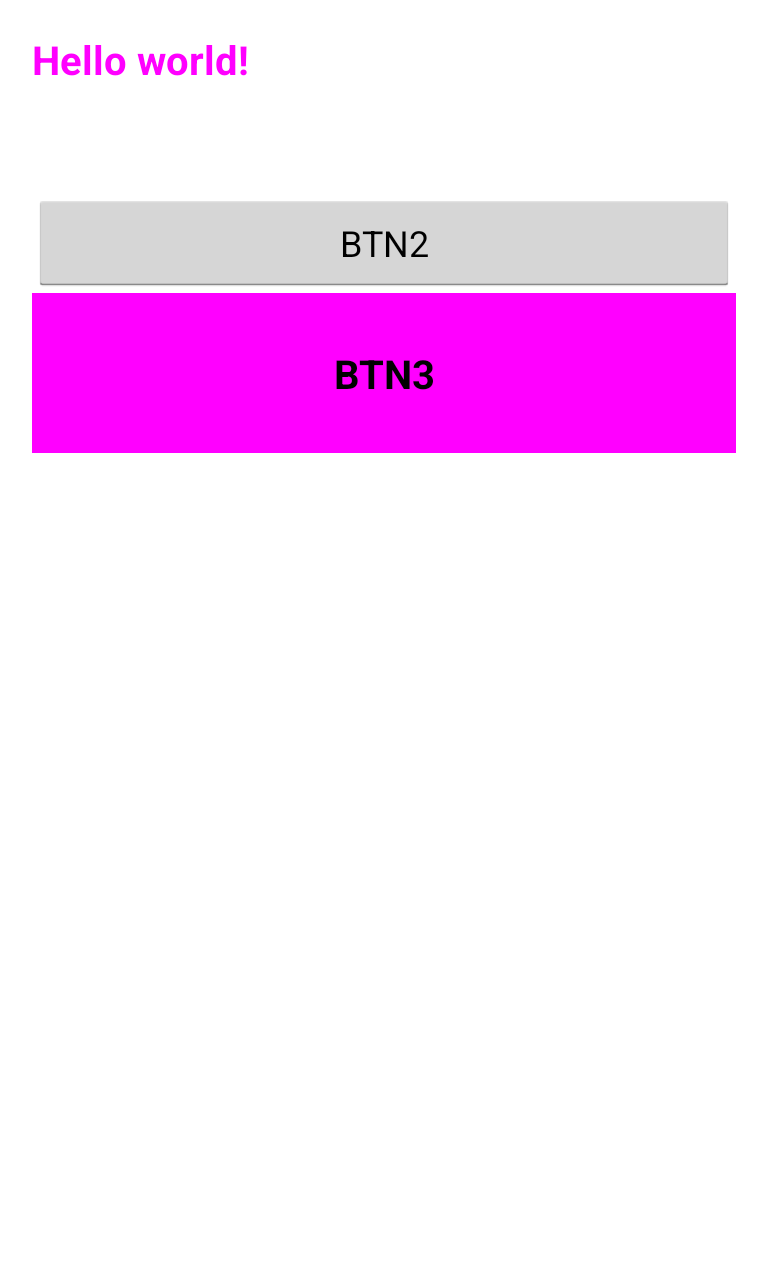
Repository: leehan0617/android
Layout: ex02/res/layout/activity_main.xml
An editor plug-in stored every save of this project. The layout is shown before and after the next save, followed by the edit.
It is drawn on a 768 x 1280 px phone screen (xhdpi) without system bars, with theme AppTheme; the app's code is not run.

Above is the layout before, as saved 2015-07-27 03:58:14.

After the next save:
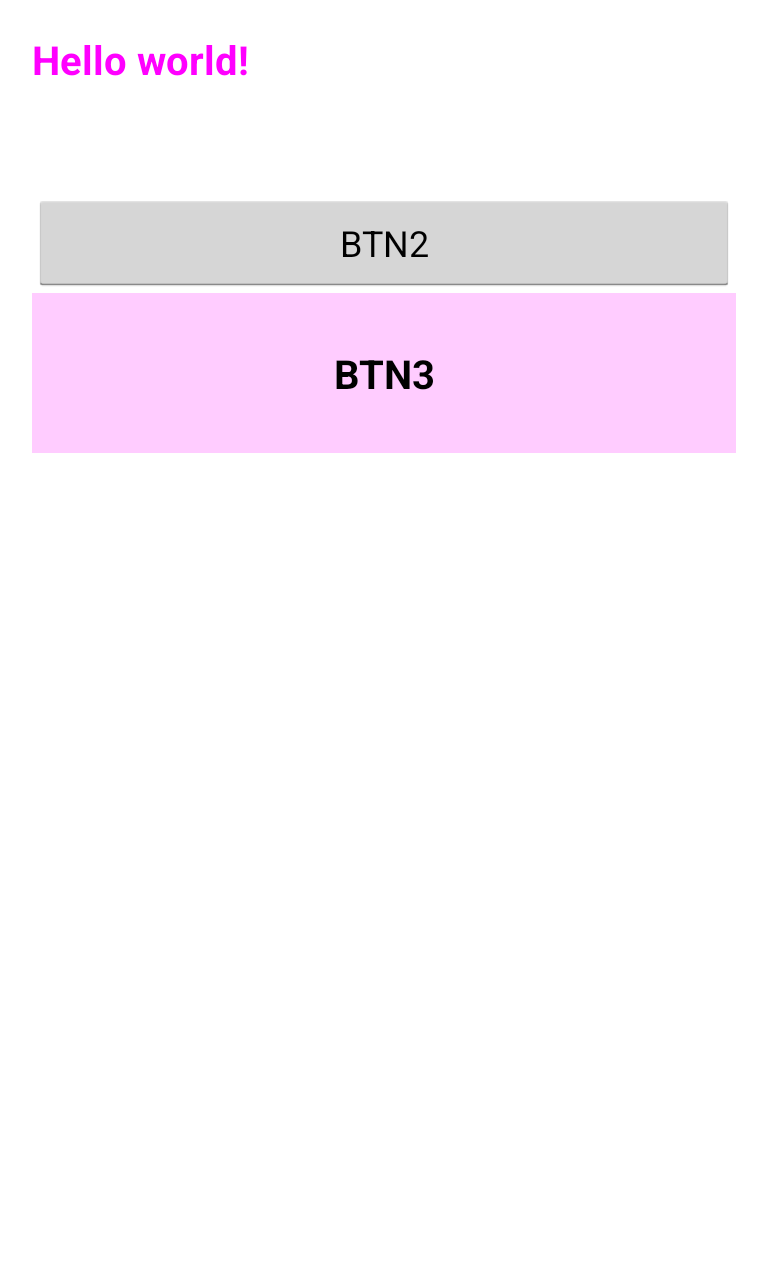
Saved 7 min 16 s later.
--- a/ex02/res/layout/activity_main.xml
+++ b/ex02/res/layout/activity_main.xml
@@ -31,11 +31,12 @@
         android:text="@string/btn2"
         android:layout_gravity="bottom"/>
 
+    <!-- color 앞에 2자리는 투명도 #AARRGGBB(#22FF00FF) -->
     <Button
         android:layout_width="match_parent"
         android:layout_height="80dp"
         android:textSize="20sp"
         android:textStyle="bold"
-        android:background="#FF00FF"
+        android:background="#33FF00FF"
         android:text="@string/btn3" />
 </LinearLayout>
